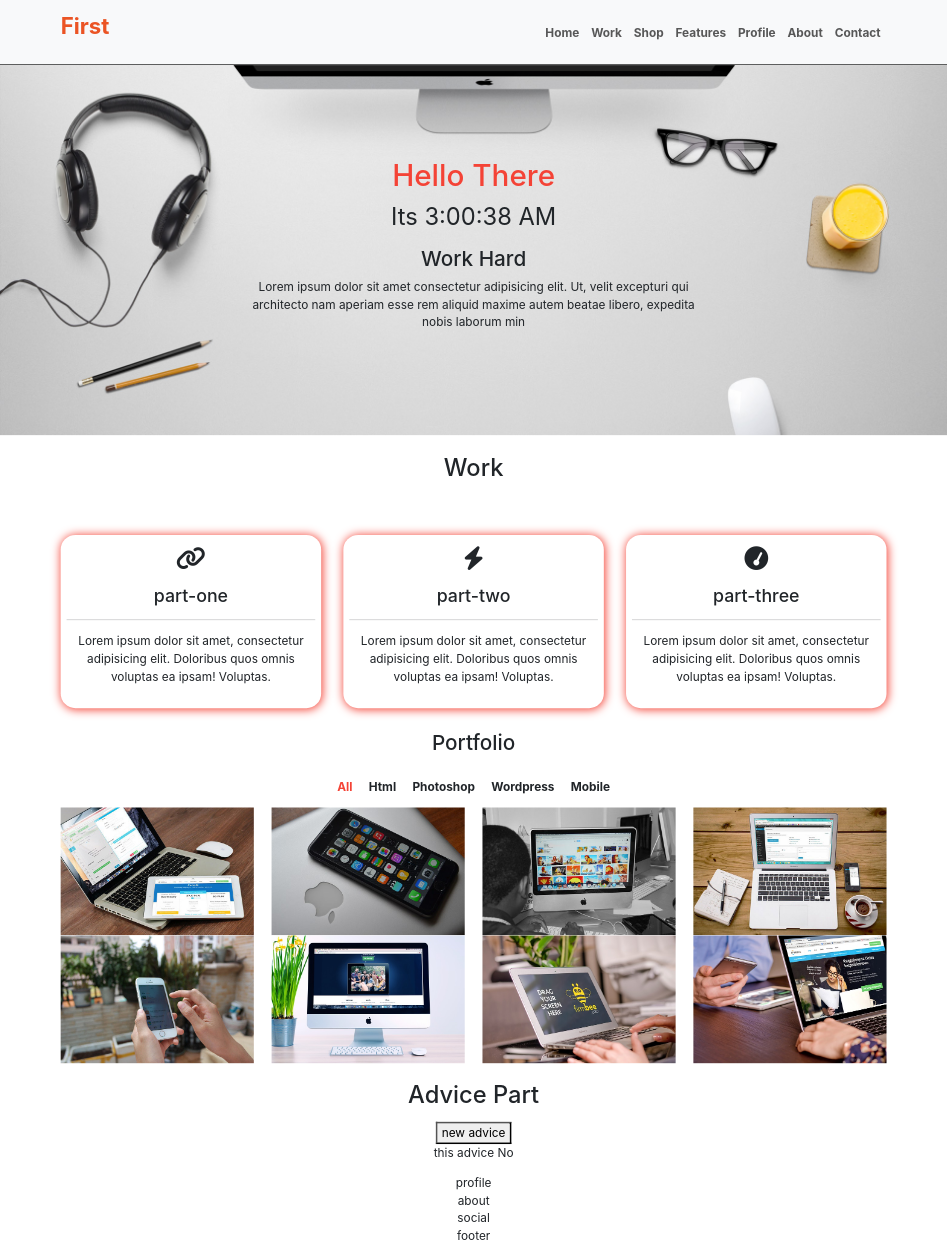
Repository: Hager-h/temple
Page: /
The author's editor kept a copy of each file at every save. The page is drawn from the files as they stood at one save, then again after the next save.
The browser window is 1280 px wide. The pictures show the whole page, at 74% of full size.
The page's requests for data from a server got no answer. The project was rebuilt for these pictures with package versions that can differ from the ones it lists, and the page was loaded fresh each time. No one was signed in, and anything a server would have sent is missing. Also part of the build but not shown: src/components/contact/index.js, src/components/Shop/shop.css, src/components/Shop/Shop.js, src/components/card/card.css, src/components/card/Card.js.

Above is the page before, as saved 2023-07-17 16:02:38.

### src/index.js
import React from 'react';
import ReactDOM from 'react-dom/client';
import "../node_modules/bootstrap/dist/css/bootstrap.min.css"
import "../node_modules/bootstrap/dist/js/bootstrap.min.js"
import './index.css';

import App from './App';
import reportWebVitals from './reportWebVitals';
import { BrowserRouter } from 'react-router-dom';

const root = ReactDOM.createRoot(document.getElementById('root'));
root.render(
  <React.StrictMode>
  <BrowserRouter>
  <App />
  </BrowserRouter>
  </React.StrictMode>
);

// If you want to start measuring performance in your app, pass a function
// to log results (for example: reportWebVitals(console.log))
// or send to an analytics endpoint. Learn more: https://bit.ly/CRA-vitals
reportWebVitals();

### src/App.js
import './App.css';
import Home from "./components/home/Home"
import Contact from "./components/contact/index"
import Nav from "./components/navbar/Nav"
import {Routes,Route} from "react-router-dom"
import Shop from './components/Shop/Shop';
import Card  from './components/card/Card';
function App() {
  return (
    <div className="App">
    <Nav />
    <Routes>
    <Route path="/" element={<Home />} />
    <Route path="/contact" element={<Contact />} />
    <Route path="/shop" element={<Shop />} />
    <Route path="shop/:cardId" element={<Card />} />

    </Routes>




    </div>
  );
}

export default App;

### src/components/home/Home.js
import React from 'react'
import Work from "./../work/Work"
import Portfolio from "./../portfolio/Portfolio"
import Footer from "./../footer/Footer"
import Social from "./../social/Social"
import About from "./../about/about"
import Profile from "./../Profile/Profile"
import Landing from "./../landing/landing"
import Advice from "./../advice/Advice"
export default function Home() {
  return (
    <div>

<Landing />
    <Work />
    <Portfolio />
<Advice />
    <Profile />
    <About />
    <Social />
    <Footer />



    </div>
    )
}

### src/components/navbar/Nav.js
import React from "react"
import { Link } from 'react-router-dom'

import "./navStyle.css"
export default function Nav() {
  return (



    <nav className="navbar navbar-expand-lg bg-body-tertiary ">
    <div className="container ">
      <p className="navbar-brand logo-text" >First</p>
      <button className="navbar-toggler" type="button" data-bs-toggle="collapse" data-bs-target="#navbarNavAltMarkup" aria-controls="navbarNavAltMarkup" aria-expanded="false" aria-label="Toggle navigation">
        <span className="navbar-toggler-icon"></span>
      </button>
      <div className="collapse navbar-collapse  " id="navbarNavAltMarkup">
        <div className="navbar-nav ms-auto">
          <Link className="nav-link " to="/">Home</Link>
          <Link className="nav-link" to="/work">Work</Link>
          <Link className="nav-link" to="/shop">Shop</Link>
          <Link className="nav-link" to="/feat">Features</Link>
          <Link className="nav-link" to="/profile">Profile</Link>
          <Link className="nav-link" to="/about">About</Link>
          <Link className="nav-link" to="/contact">Contact</Link>
        </div>

      </div>
    </div>
  </nav>

















  )
}

### src/components/work/Work.js
import "./work.css"
import {Usehook} from "../hook/Hook"
export default function Work() {
  const[data,loading,err]=Usehook('js/data.json')



const dataList=data.map(item=>{
  return (
    <div key={item.id}className="part first">
    <i className={item.icon_name}></i>
<h4 className="part-title">{item.title}</h4>
<hr className="line"/>
<p className="part-desc">
{item.body}
</p>
</div>
  )
})
  return (
    <div className="work">
    <div className="container">

        <h2 className="work-title"><span>My</span> Work</h2>
        <div className="all-work">

        {loading&&<p className="spinner"></p>}
          {dataList}
          {err&&<p className="Err">{err}</p>}
            </div>
    </div>
</div>
  )
}

### src/components/portfolio/Portfolio.js
import React,{useEffect,useState} from 'react'

import "./port.css"
import {Usehook} from "../hook2/Hook2.js"

export default function Portfolio() {


    const[data,loading,err]=Usehook('js/data.json')

    const images=data.map((item)=>{
      console.log(item)
      return(

<div key={item.id} className=" col-md-3 box">
<div className="overlay"></div>
<span>Show Image</span>
<div className="show ">

<img className="port-image  " src={item.image} alt="image" />

          </div>







      </div>


    )
  })






  return (
    <div className="port">
<h3> <span> My</span> Portfolio</h3>

<div className="catgeory">
<p className="orange">All</p>
<p>Html</p>
<p>Photoshop</p>
<p>Wordpress</p>
<p> Mobile</p>
</div>
<div className="container">
        <div className="row ">






{images}

        </div>
        </div>






</div>











  )
}

### src/components/social/Social.js
import React from 'react'

export default function Social() {
  return (
    <div>
      social
    </div>
  )
}

### src/components/landing/landing.js
import React,{Fragment, useState,useEffect} from 'react'
import "./landing.css"
export default function Landing() {
  const [time, settime] = useState(new Date().toLocaleTimeString())
  useEffect(() => {
    setInterval(() => {
      settime(new Date().toLocaleTimeString())
    },1000)
  },[])
  return (
    <>
    <div className='landing'>
    <div className='containerr'>
    <div className='text-landing'>

    <h1>hello there
    </h1>
              <p className="text-dark fs-2"> Its {time}</p>
<h3>work hard </h3>
<p>Lorem ipsum dolor sit amet consectetur adipisicing elit. Ut, velit excepturi qui architecto nam aperiam esse rem aliquid maxime autem beatae libero, expedita nobis laborum min</p>

</div>
      </div>
    </div>
    </>
  )
}

### src/components/advice/Advice.js
import React from 'react'
import {useState,useEffect}from "react"
import axios from "axios"
export default function Advice() {
  const [advice, setadvice] = useState("")
  const [count, setcount] = useState()

  const getAdvice = () => {
    axios.get(`https://api.adviceslip.com/advice`)
      .then((res) => setadvice(res.data.slip.advice)
      )
  }

  useEffect(() => {
    getAdvice()
  },[])
  return (
    <div className="advice mt-4">
      <h2 className="mt-4 mb-2">Advice Part</h2>
      <p>{advice}</p>
      <button onClick={ getAdvice }>new advice</button>
      <p>this advice No { count}</p>

    </div>
  )
}

### src/components/navbar/navStyle.css
.navbar {
  background: #fff;
  border-bottom: 1px solid #000;


}




 .logo-text {
  font-size: 30px;
  font-weight: bold;
  color:#eb5424
};
.nav-link{
  font-weight: bolder;}
.nav-link:focus, .nav-link:hover {
  color: #F44336;
}.nav-link:focus, .nav-link:hover {
  color: #F44336;

}
.navbar-nav{
  font-weight: bolder;

}
.navbar-toggler:focus{
  border:2px solid #F44336;
  box-shadow: 0 0 0 #F44336;
}
@media(max-width:570px){
  .text-landing{
    width:100%;
  }
}

### src/components/work/work.css



.all-work{display: flex;
    justify-content: center;
    align-items: center;
    margin-top: 72px;}
    .part{
      box-shadow: 1px 1px 13px 1px #f44336;
    border-radius: 20px;
    padding: 15px 8px;

    }
    .part-title{
      margin-top:20px;
    }
    .part:not(:last-child){
      margin-right:30px
    }
    .work-title span{
      color:#f44336
    }
    .work-title{
      margin-top:25px
    }
.loading{

}
.Err{
  font-weight:bolder;
  text-transform: capitalize;
      color:#f44336;
font-size :22px;
margin-bottom: 30px;
text-align: center;
}

.spinner {
  border: 3px solid #f3f3f3;
  border-top: 3px solid #f44336;
  border-radius: 50%;
  width: 20px;
  height: 40px;
  animation: spin 1s linear infinite;
  position: absolute  ;
  top:50%;
  left:50%;
  transform:translate(-50%,-50%)
   ;
  -webkit-transform:translate(-50%,-50%)  ;
  -moz-transform:translate(-50%,-50%)  ;
  -ms-transform:translate(-50%,-50%)  ;
  -o-transform:translate(-50%,-50%)  ;
}

@keyframes spin {
  0% { transform: rotate(0deg); }
  100% { transform: rotate(360deg); }
}


    @media(max-width:570px){
      .all-work{
      flex-wrap:wrap;
      }
.part:not(:last-child){
  margin-right: 0;
}
.part{
  margin-bottom: 22px;
}

    }

### src/components/hook/Hook.js
import {useEffect,useState}from 'react'
import axios from 'axios'
export  function Usehook(url) {
  const [data,setdata]=useState([])
  const [err,seterr]=useState(null)
  const [loading,setloading]=useState(null)

  useEffect(()=>{
    setloading(true)
    axios.get(url).then(res=>
      {
      setloading(false)
    setdata(res.data.works)
    console.log(res.data)
    seterr(false)
    }
    ).catch(err=>{
      setloading(false)
      seterr("something went wrong")
    })

  },[])
return[data,loading,err]
}

### src/components/portfolio/port.css
.port{
  margin-top:30px;
}
.box{position:relative;
  overflow: hidden;


}
 .catgeory{
  display :flex;
  justify-content: center;
  align-items: center;
  margin-top: 30px;

 }
 .catgeory p:not(:last-child){
  margin-right: 22px;
 }
.catgeory p{
  cursor:pointer;
  font-weight: bold;

}
.catgeory p:hover,.orange{
  color: #F44336;
}


  .port-image{
    max-width:100%;

 }
 span{
  border:1px solid #F44336;
  position: absolute;
  top:50%;
  left:50%;
  transform: translate(-50%,-50%);
  -webkit-transform: translate(-50%,-50%);
  -moz-transform: translate(-50%,-50%);
  -ms-transform: translate(-50%,-50%);
  -o-transform: translate(-50%,-50%);
  background-color: aliceblue;
  padding: 8px 8px;
  border-radius: 14px;
  -webkit-border-radius: 14px;
  -moz-border-radius: 14px;
  -ms-border-radius: 14px;
  -o-border-radius: 14px;
  cursor:pointer;
  font-weight:bolder;
  opacity:0;

}
.overlay{
  position: absolute;
  top: 0;
  left: 0;
  bottom: 0;
  right: 0;
  background: rgba(224, 158, 138, 0.5);
  font-size: 15px;
  opacity: 0;
  max-width:100% ;
}
.box:hover .overlay,
.box:hover span{
  opacity: 1;
}

### src/components/hook2/Hook2.js
import React ,{useEffect,useState}from 'react'
import axios from 'axios'
export  function Usehook(url) {
  const [data,setdata]=useState([])
  const [err,seterr]=useState(null)
  const [loading,setloading]=useState(null)

  useEffect(()=>{
    setloading(true)
    axios.get(url).then(res=>
      {
      setloading(false)
    setdata(res.data.portfolio)
    console.log(res.data.portfolio)
    seterr(false)
    }
    ).catch(_err=>{
      setloading(false)
      seterr("something went wrong")
    })

  },[url])
return[data,loading,err]
}

### src/components/landing/landing.css
.landing{
  height: 500px;
   background:url("../../../public/images/Home/home-bg.jpg");
  background-position: center;
  background-size: cover;
position: relative;
text-align: center;
}
.containerr{
  width:85%;
  margin:auto;
}
.text-landing{
  position:absolute;
  top:50%;
  left:50%;
  transform: translate(-50%,-50%);
  -webkit-transform: translate(-50%,-50%);
  -moz-transform: translate(-50%,-50%);
  -ms-transform: translate(-50%,-50%);
  -o-transform: translate(-50%,-50%);
}
h1{
  color:#F44336;
  text-transform: capitalize;

}
h3{
  text-transform: capitalize;

}

### public/js/data.json
{
  "works" : [
      {
          "id" : 1,
          "icon_name": "icon fa fa-chain fa-2x",
          "title": "part-one",
          "body": "Lorem ipsum dolor sit amet, consectetur adipisicing elit. Doloribus quos omnis voluptas ea ipsam! Voluptas."
      },
      {
          "id" : 2,
          "icon_name": "icon fa fa-bolt fa-2x",
          "title": "part-two",
          "body": "Lorem ipsum dolor sit amet, consectetur adipisicing elit. Doloribus quos omnis voluptas ea ipsam! Voluptas."
      },
      {
          "id" : 3,
          "icon_name": "icon fa fa-tachometer fa-2x",
          "title": "part-three",
          "body": "Lorem ipsum dolor sit amet, consectetur adipisicing elit. Doloribus quos omnis voluptas ea ipsam! Voluptas."
      }
  ],

  "portfolio" : [
      {
          "id":1,
          "image": "/images/Portfolio/portfolio-img1.jpg"

      },
      {
          "id":2,
          "image": "/images/Portfolio/portfolio-img2.jpg"
        },
      {
          "id":3,
          "image": "/images/Portfolio/portfolio-img3.jpg"
        },
      {
          "id":4,
          "image": "/images/Portfolio/portfolio-img4.jpg"
        },
      {
          "id":5,
          "image": "/images/Portfolio/portfolio-img5.jpg"
        },
      {
          "id":6,
          "image": "/images/Portfolio/portfolio-img6.jpg"
      },
      {
          "id":7,
          "image": "/images/Portfolio/portfolio-img7.jpg"
      },
      {
          "id":8,
          "image": "/images/Portfolio/portfolio-img8.jpg"
      }
  ] ,
  "social" : [
      {
          "id": 1,
          "icon" : "icon fa fa-facebook fa-lg",
          "title" : "Follow Me on",
          "body" : "Social Facebook"
      },
      {
          "id": 2,
          "icon" : "icon fa fa-twitter fa-lg",
          "title" : "Tweet Me on",
          "body" : "Social twitter"
      },
      {
          "id": 3,
          "icon" : "icon fa fa-pinterest fa-lg",
          "title" : "Pin Me on",
          "body" : "Social Pinterest"
      }
  ]
}

Loaded but not shown: public/index.html (common file); src/index.css (common file); src/reportWebVitals.js (common file); src/App.css (common file); src/components/footer/Footer.js (common file); src/components/about/About.js (common file); src/components/Profile/Profile.js (common file)

After the next save:
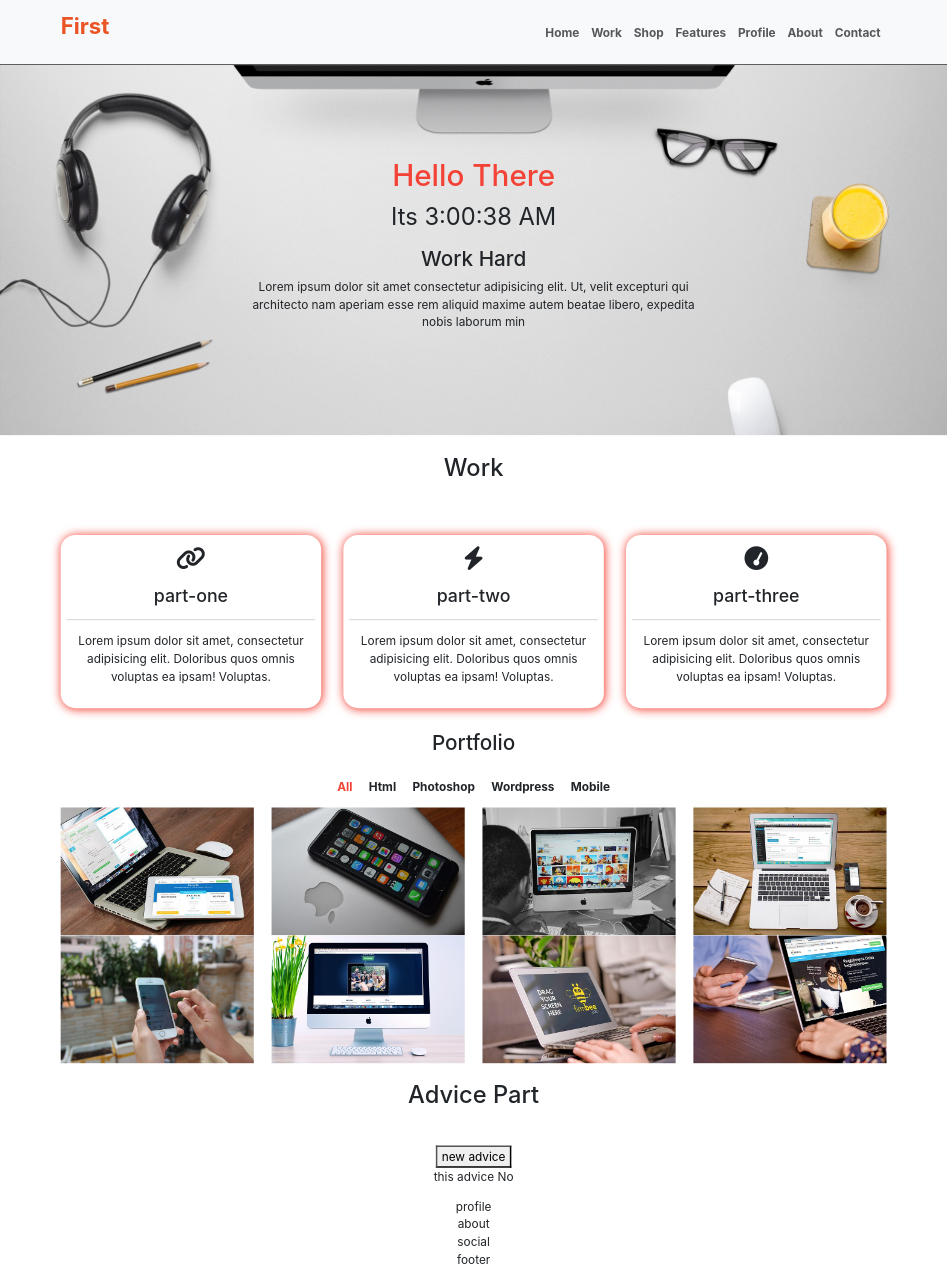
Saved 33 s later.
--- a/src/components/advice/Advice.js
+++ b/src/components/advice/Advice.js
@@ -16,8 +16,8 @@ export default function Advice() {
   },[])
   return (
     <div className="advice mt-4">
-      <h2 className="mt-4 mb-2">Advice Part</h2>
-      <p>{advice}</p>
+      <h2 className="mt-4 mb-5">Advice Part</h2>
+      <p className="ad-col">{advice}</p>
       <button onClick={ getAdvice }>new advice</button>
       <p>this advice No { count}</p>
 
